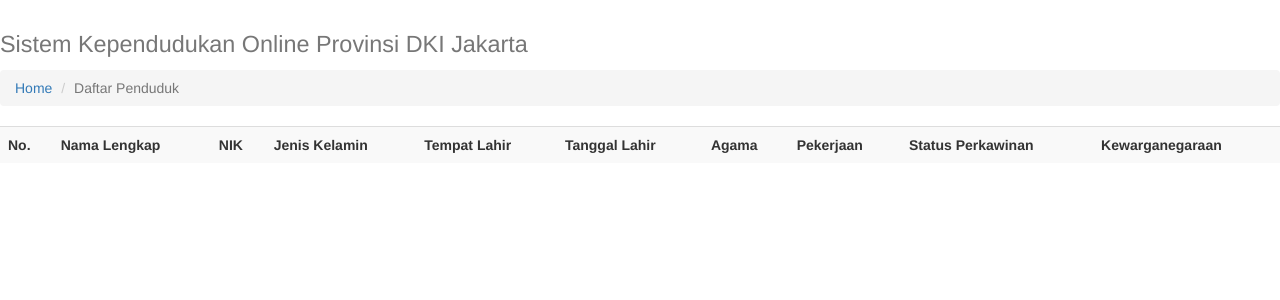
Repository: apap-2017/tugas1_1406544135
Page: http://localhost/list-penduduk
These files come from the project's save history. The page is drawn as it stood at one moment and after the next save; the edit follows.
The browser window is 1280 px wide. The pictures show the whole page.
The page is this project's Thymeleaf template; nobody is signed in. The template is opened directly, without the code that normally fills it, so the values that code supplies are empty.

Above is the page before, as saved 2017-10-20 05:13:53.

### Tugas1_1406544135/src/main/resources/templates/list-penduduk.html
<!DOCTYPE html>
<html xmlns:th="http://www.thymeleaf.org">
   <head>
      <title>Siduk DKI</title>
        <link href="../../static/css/bootstrap.min.css" rel="stylesheet" th:href="@{/css/bootstrap.min.css}" />
    </head>

    <body>
	    <section class="content-header">
			<h1>
				<small>Sistem Kependudukan Online Provinsi DKI Jakarta</small>
			</h1>
			<ol class="breadcrumb">
				<li><a th:href="@{/}">Home</a></li>
				<li class="active">Daftar Penduduk</li>
			</ol>
		</section>
		<table class="table table-striped">
				<tbody>
						<tr>
							<td><strong>No.</strong></td>
							<td><strong>Nama Lengkap</strong></td>
							<td><strong>NIK</strong></td>
							<td><strong>Jenis Kelamin</strong></td>
							<td><strong>Tempat Lahir</strong></td>
							<td><strong>Tanggal Lahir</strong></td>
							<td><strong> Agama </strong></td>
							<td><strong> Pekerjaan </strong></td>
							<td><strong> Status Perkawinan </strong></td>
							<td><strong> Kewarganegaraan </strong></td>
						</tr>
					<div th:each="detailAnggota, iterationStatus: ${listPenduduk}">
						<tr>
							<td th:text="${iterationStatus.count}"></td>
							<td th:text="${detailAnggota.nama}"></td>
							<td th:text="${detailAnggota.nik}"></td>
							<td th:text="${detailAnggota.jenis_kelamin}"></td>
							<td th:text="${detailAnggota.tempat_lahir}"></td>
							<td th:text="${detailAnggota.tanggal_lahir}"></td>
							<td th:text="${detailAnggota.agama}"></td>
							<td th:text="${detailAnggota.pekerjaan}"></td>
							<td th:text="${detailAnggota.status_perkawinan}"></td>
							<td th:text="${detailAnggota.is_wni}"></td>
						</tr>
					</div>
				</tbody>
		</table>
    </body>
</html>

Loaded but not shown: Tugas1_1406544135/src/main/resources/static/css/bootstrap.min.css (library)

After the next save:
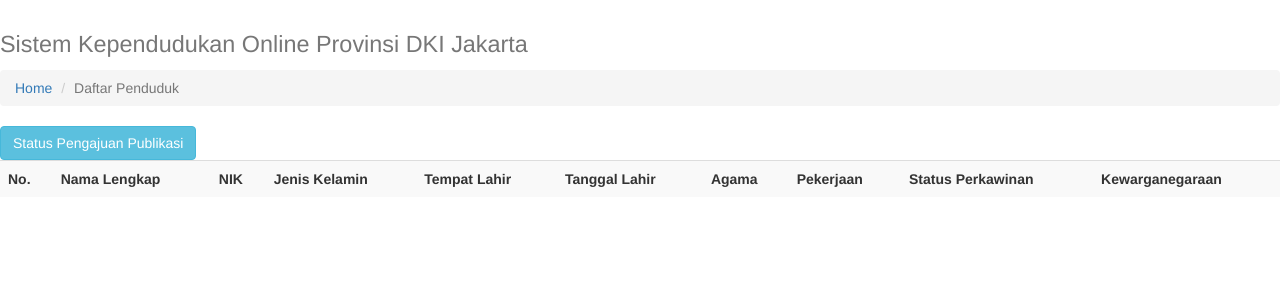
Saved 47 s later.
--- a/Tugas1_1406544135/src/main/resources/templates/list-penduduk.html
+++ b/Tugas1_1406544135/src/main/resources/templates/list-penduduk.html
@@ -15,6 +15,7 @@
 				<li class="active">Daftar Penduduk</li>
 			</ol>
 		</section>
+		<button type="button" class="btn btn-info btn-flat">Status Pengajuan Publikasi</button>
 		<table class="table table-striped">
 				<tbody>
 						<tr>
